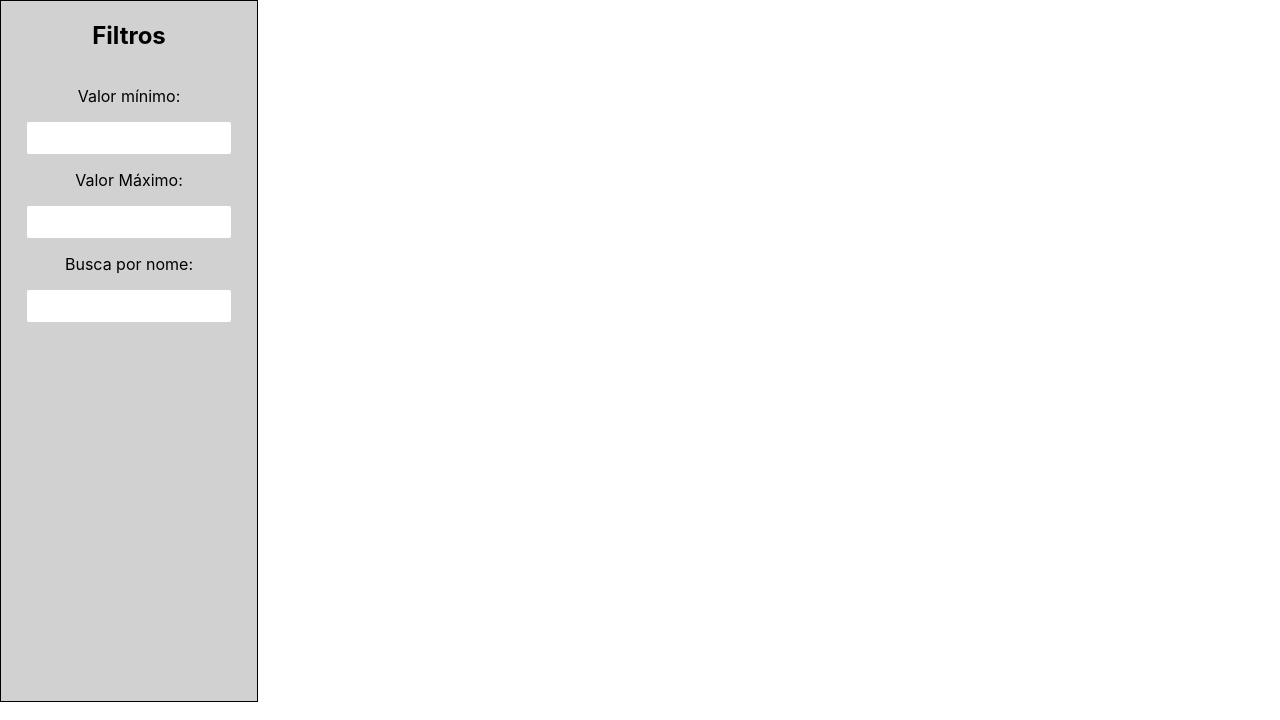
Repository: future4code/Shaw-labe-commerce9
Page: /
An editor plug-in stored every save of this project. The page is shown before and after the next save, followed by the edit.
The browser window is 1280 px wide. The pictures show the whole page.
The project was rebuilt for these pictures with package versions that can differ from the ones it lists, and the page was loaded fresh each time. Also part of the build but not shown: src/App.css.

Above is the page before, as saved 2022-03-31 10:08:01.

After the next save:
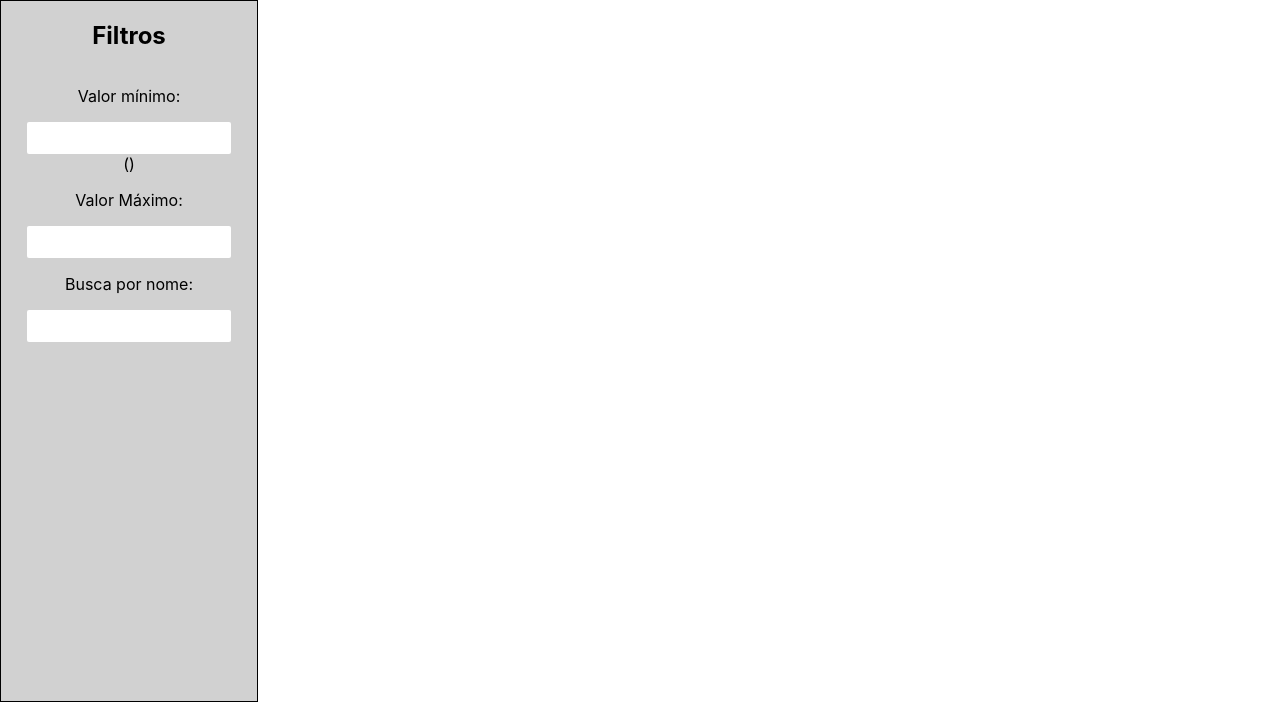
Saved 38 s later.
--- a/src/components/filtro.jsx
+++ b/src/components/filtro.jsx
@@ -59,7 +59,7 @@
 
                 <h2>Filtros</h2>
                 <p>Valor mínimo: </p>
-                <input type="number" value={this.state.inputValorMin.value} onChange={this.inputValorMin}/>
+                <input type="number" value={this.state.inputValorMin.value} onChange={this.inputValorMin}/>({this.state.inputValorMin})
                 <p>Valor Máximo: </p>
                 <input type="number" value={this.state.inputValorMax.value} onChange={this.inputValorMax}/>
                 <p>Busca por nome: </p>

After the save that followed:
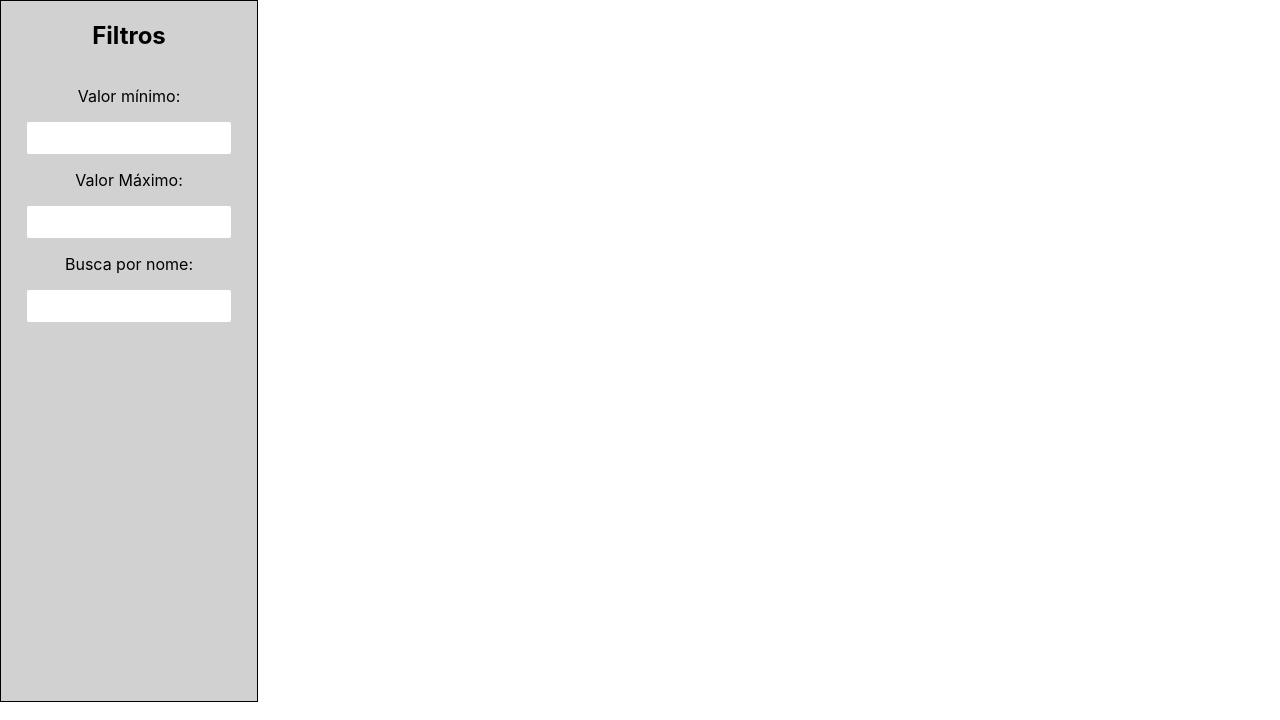
Saved 34 s later.
--- a/src/components/filtro.jsx
+++ b/src/components/filtro.jsx
@@ -59,7 +59,7 @@
 
                 <h2>Filtros</h2>
                 <p>Valor mínimo: </p>
-                <input type="number" value={this.state.inputValorMin.value} onChange={this.inputValorMin}/>({this.state.inputValorMin})
+                <input type="number" value={this.state.inputValorMin.value} onChange={this.inputValorMin}/>{this.state.inputValorMin}
                 <p>Valor Máximo: </p>
                 <input type="number" value={this.state.inputValorMax.value} onChange={this.inputValorMax}/>
                 <p>Busca por nome: </p>
